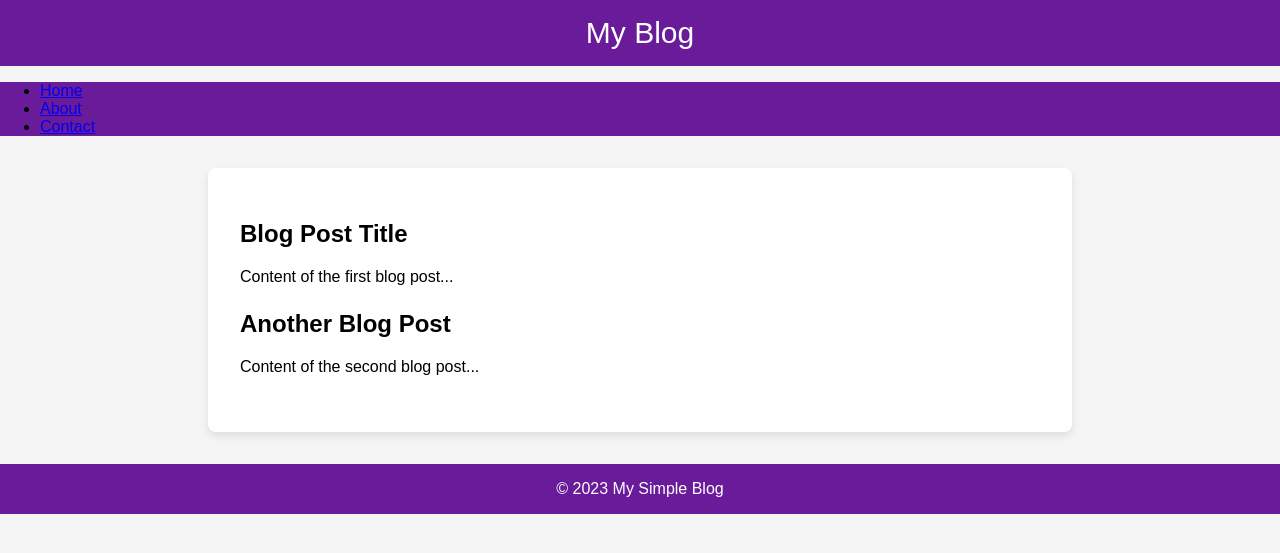
Repository: Femi007-gh/BLOG
Page: index.html
An editor plug-in stored every save of this project. The page is shown before and after the next save, followed by the edit.
The browser window is 1280 px wide. The pictures show the whole page.

Above is the page before, as saved 2025-01-08 09:26:22.

### index.html
<html>
  <head>
    <title>My Blog</title>
    <link rel="stylesheet" href="style.css">
  </head>
  <body>
    <header>My Blog</header>
    <nav>
      <ul>
        <li><a href="#">Home</a></li>
        <li><a href="#">About</a></li>
        <li><a href="#">Contact</a></li>
      </ul>
    </nav>
    <div class="container">
      <div class="blog-post">
        <h2>Blog Post Title</h2>
        <p>Content of the first blog post...</p>
      </div>
      <div class="blog-post">
        <h2>Another Blog Post</h2>
        <p>Content of the second blog post...</p>
      </div>
    </div>
    <footer>
      &copy; 2023 My Simple Blog
    </footer>
  </body>
  </html>

### style.css
body {
  margin: 0;
  font-family: Arial;
  background-color: #f5f5f5;
}

header {
  background-color: #6a1b9a;
  color: white;
  text-align: center;
  padding: 1rem;
  font-size: 30px;
}

nav {
  background-color: #6a1b9a;

}




.container {
  margin: 2rem auto;
  max-width: 800px;
  background-color: white;
  border-radius: 8px;
  padding: 2rem;
  box-shadow: 0 4px 8px rgba(0, 0, 0, 0.1);
}

.blog-post {
  margin-bottom: 1.5rem;
}

footer {
  background-color: #6a1b9a;
  color: white;
  text-align: center;
  padding: 1rem 0;
  margin-top: 2rem;
}

After the next save:
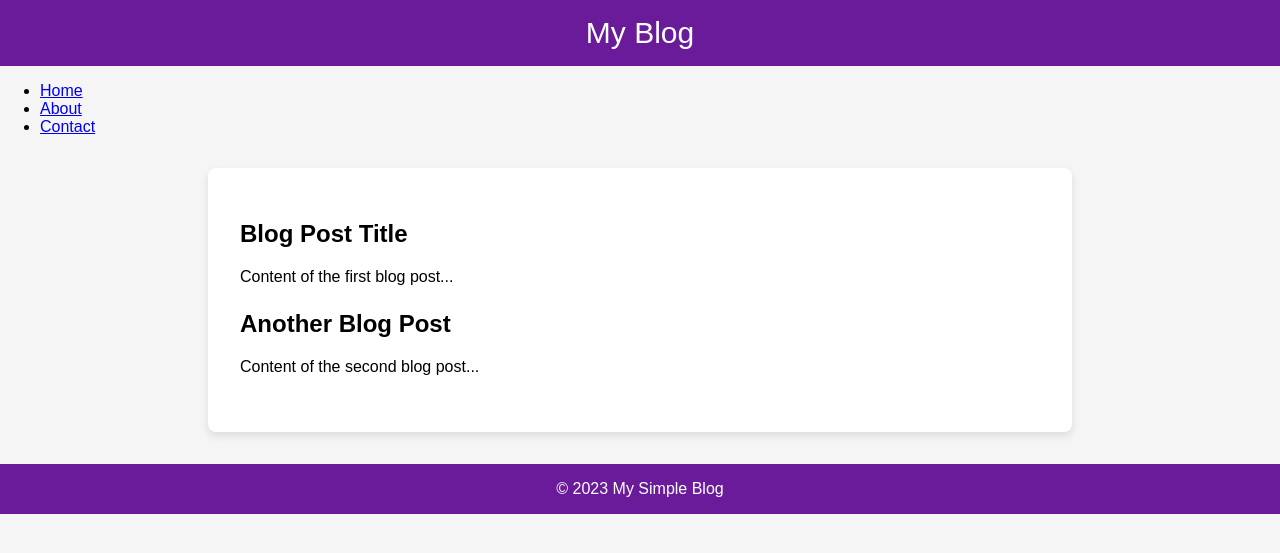
Saved 25 s later.
--- a/style.css
+++ b/style.css
@@ -13,7 +13,7 @@ header {
 }
 
 nav {
-  background-color: #6a1b9a;
+
 
 }
 
